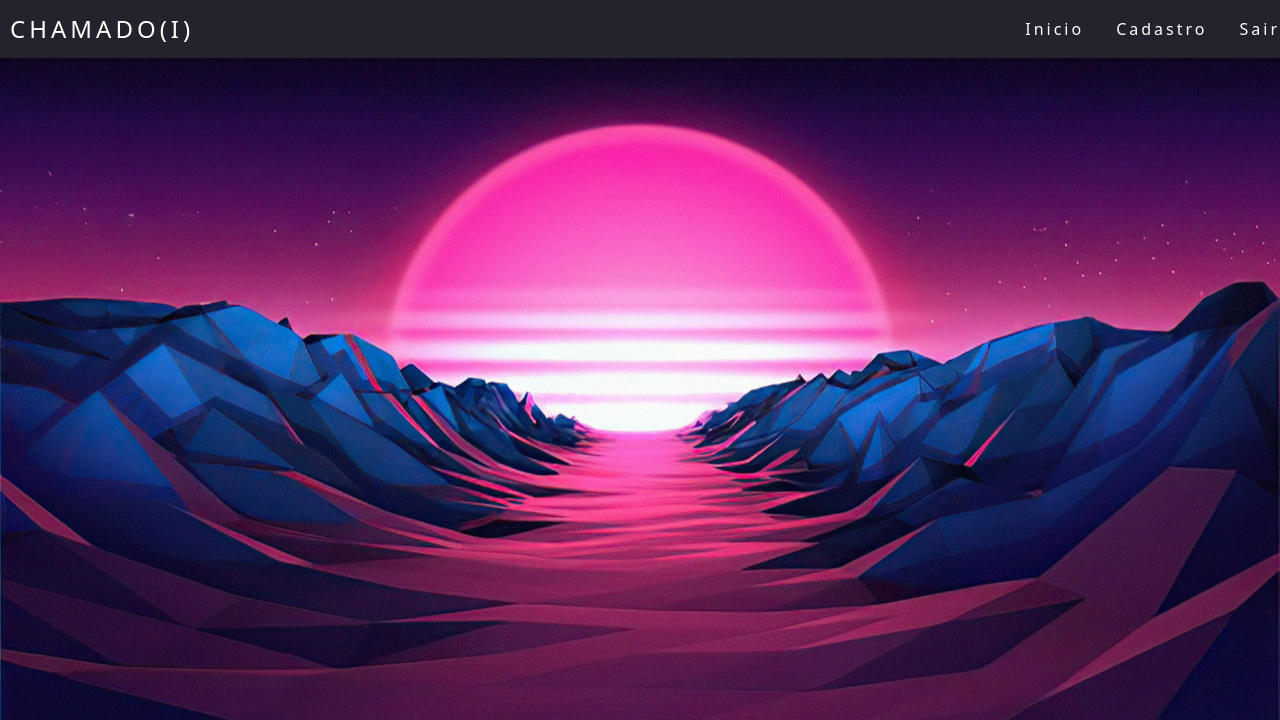
Repository: isaquemc2001/isaque-utilities
Page: index.html
These files come from the project's save history. The page is drawn as it stood at one moment and after the next save; the edit follows.
The browser window is 1280 px wide. The pictures show the whole page.

Above is the page before, as saved 2021-10-28 10:18:26.

### index.html
<!DOCTYPE html>
<html lang="pt-br">

<head>
    <meta charset="UTF-8">
    <meta http-equiv="X-UA-Compatible" content="IE=edge">
    <meta name="viewport" content="width=device-width, initial-scale=1.0">
    <title>Chamado</title>

    <link rel="stylesheet" href="style.css">
</head>

<body>

    <header>
        <nav>
            <a class="logo" href="#">Chamado(i)</a>
            <div class="mobile-menu">
                <div class="line1"></div>
                <div class="line2"></div>
                <div class="line3"></div>
            </div>
            <ul class="nav-list">
                <li><a href="#">Inicio</a></li>
                <li><a href="#">Cadastro</a></li>
                <li><a href="#">Sair</a></li>
            </ul>
        </nav>
    </header>

    <main></main>

    <script src="mobile_navbar.js"></script>

</body>

</html>

### style.css
* {
    margin: 0;
    padding: 0;
}

a {
    color: #FFFFFF;
    text-decoration: none;
    transition: 0.3s;
}

a:hover {
    opacity: 0.7;
}

.logo {
    font-size: 24px;
    text-transform: uppercase;
    letter-spacing: 4px;
    padding: 10px;
}

nav {
    display: flex;
    justify-content: space-between;
    align-items: center;
    font-family: system-ui, -apple-system, Helvetica, Arial, sans-serif;
    background: #23232e;
    height: 8vh;
}

main {
    background: url("bg.jpg") no-repeat center center;
    background-size: cover;
    height: 92vh;
}

.nav-list {
    list-style: none;
    display: flex;

}

.nav-list li {
    letter-spacing: 3px;
    margin-left: 32px;
}

.mobile-menu {
    display: none;
    cursor: pointer;
}

.mobile-menu div {
    width: 32px;
    height: 2px;
    background: #fff;
    margin: 8px;
    transition: 0.3s;
}

@media (max-width: 999px) {
    body {
        overflow-x: hidden;
    }
    .nav-list {
        position: absolute;
        top: 8vh;
        right: 0;
        width: 50vw;
        height: 92vh;
        background: #23232e;
        flex-direction: column;
        align-items: center;
        transform: translate(100%);
        transition: transform 0.3s ease-in;
    }
    .nav-list li {
        margin-left: 0;
        opacity: 0;
        letter-spacing: 3px;
        margin-top: 32px;
    }
    .mobile-menu {
        display: block;
    }
}

.nav-list.active {
    transform: translateX(0);
}

@keyframes navLinkFade {
    from {
        opacity: 0;
        transform: translateX(50px);
    }

    to {
        opacity: 1;
        transform: translateX(0);
    }
}

.mobile-menu.active .line1 {
    transform: rotate(-45deg) translate(-8px, 8px);
}

.mobile-menu.active .line2 {
    opacity: 0;
}

.mobile-menu.active .line3 {
    transform: rotate(45deg) translate(-6px, -6px);
}

### mobile_navbar.js
class MobileNavbar {
    constructor(mobileMenu, navList, navLinks) {
        this.mobileMenu = document.querySelector(mobileMenu);
        this.navList = document.querySelector(navList);
        this.navLinks = document.querySelectorAll(navLinks);
        this.activeClass = "active";

        this.handleClick = this.handleClick.bind(this);
    }

    animateLinks() {
        this.navLinks.forEach((link, index) => {
            link.style.animation
            ? (link.style.animation = "")
            : (link.style.animation = 'navLinkFade 0.5s ease forwards 0.3s');
        });
    }

    handleClick() {
        this.navList.classList.toggle(this.activeClass);
        this.mobileMenu.classList.toggle(this.activeClass);
        this.animateLinks();
    }

    addClickEvent() {
        this.mobileMenu.addEventListener("click", this.handleClick);
    }

    init() {
        if (this.mobileMenu) {
            this.addClickEvent();
        }
        return this;
    }
}

const mobileNavbar = new MobileNavbar(
    ".mobile-menu",
    ".nav-list",
    ".nav-list li",
);

mobileNavbar.init();

After the next save:
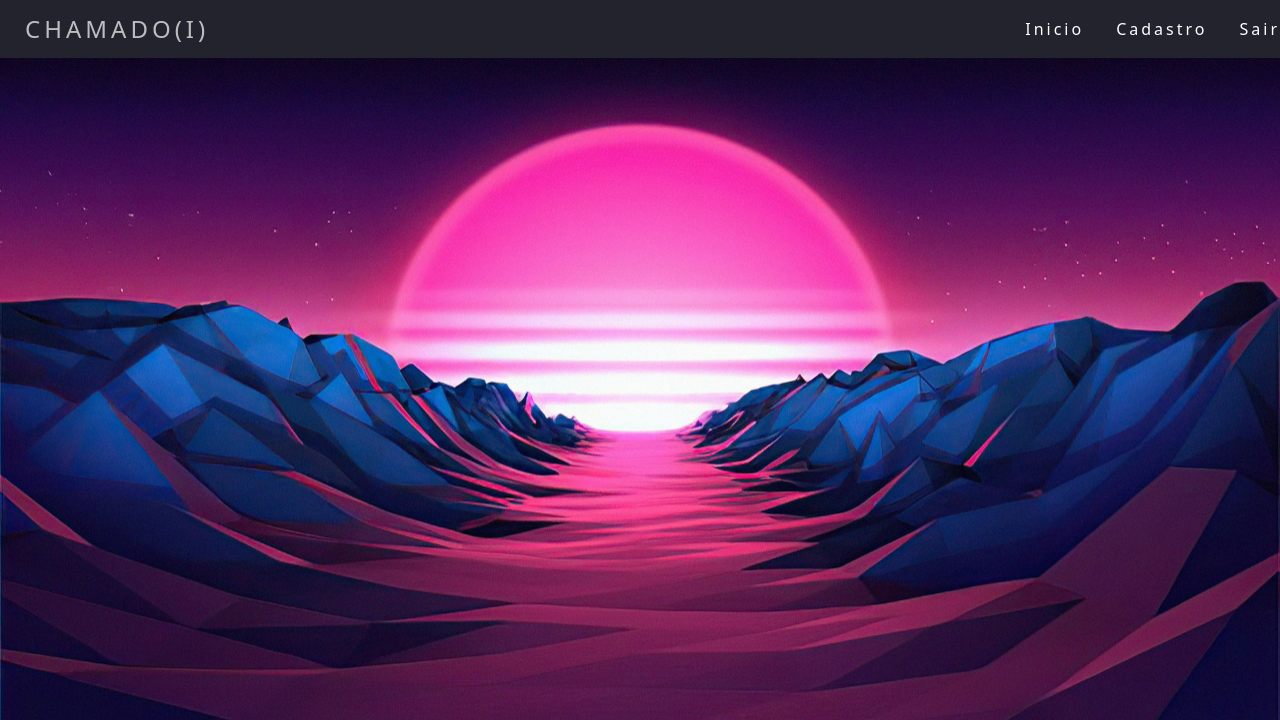
Saved 11 s later.
--- a/style.css
+++ b/style.css
@@ -17,7 +17,7 @@ a:hover {
     font-size: 24px;
     text-transform: uppercase;
     letter-spacing: 4px;
-    padding: 10px;
+    padding: 25px;
 }
 
 nav {
